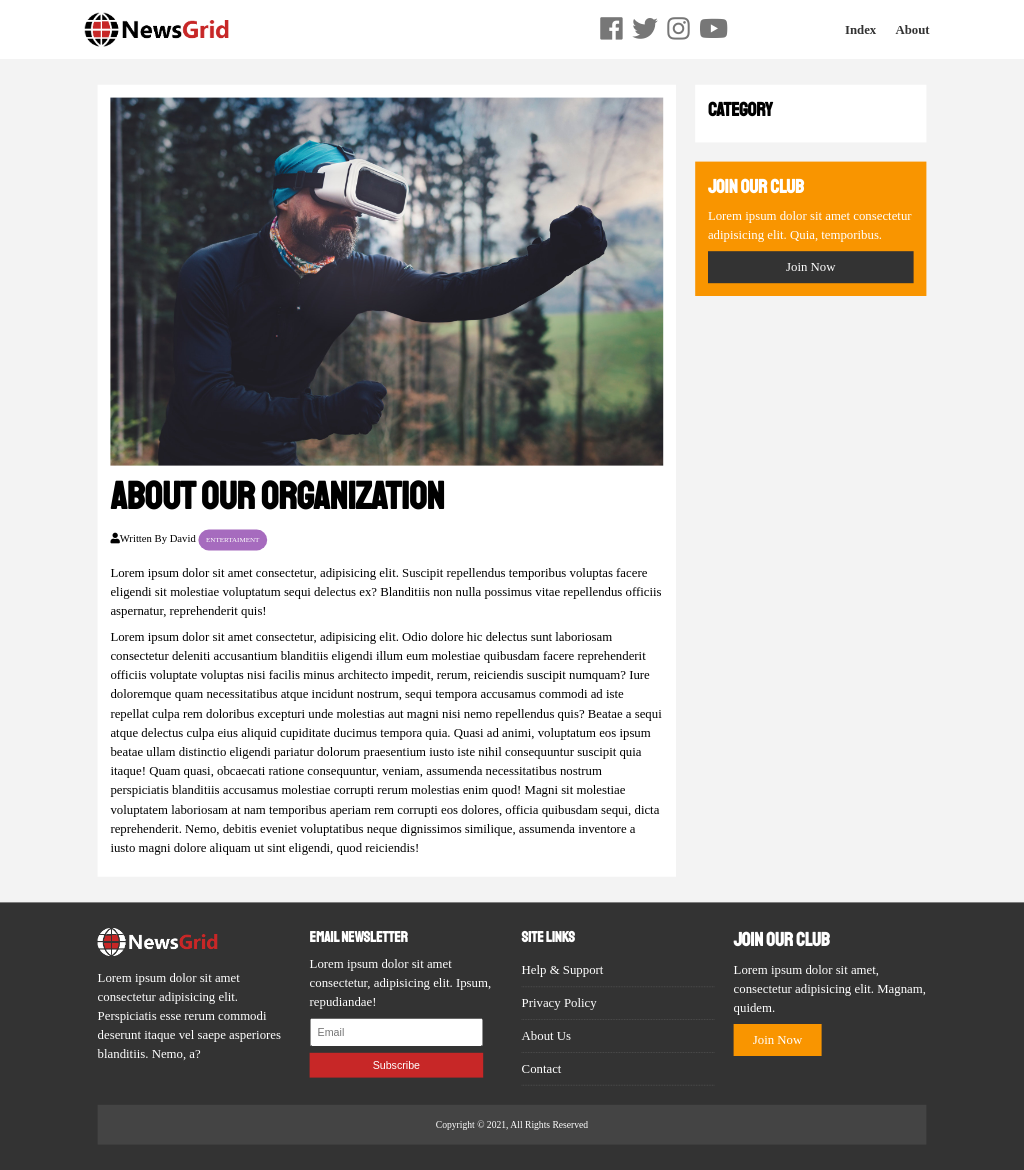
Repository: minhtien9/newsgrid
Page: article.html
The author's editor kept a copy of each file at every save. The page is drawn from the files as they stood at one save, then again after a run of saves.
The browser window is 1280 px wide. The pictures show the whole page, at 80% of full size.
Some web libraries are served in a nearby version.

Above is the page before, as saved 2021-08-26 12:11:36.

After the next 2 saves:
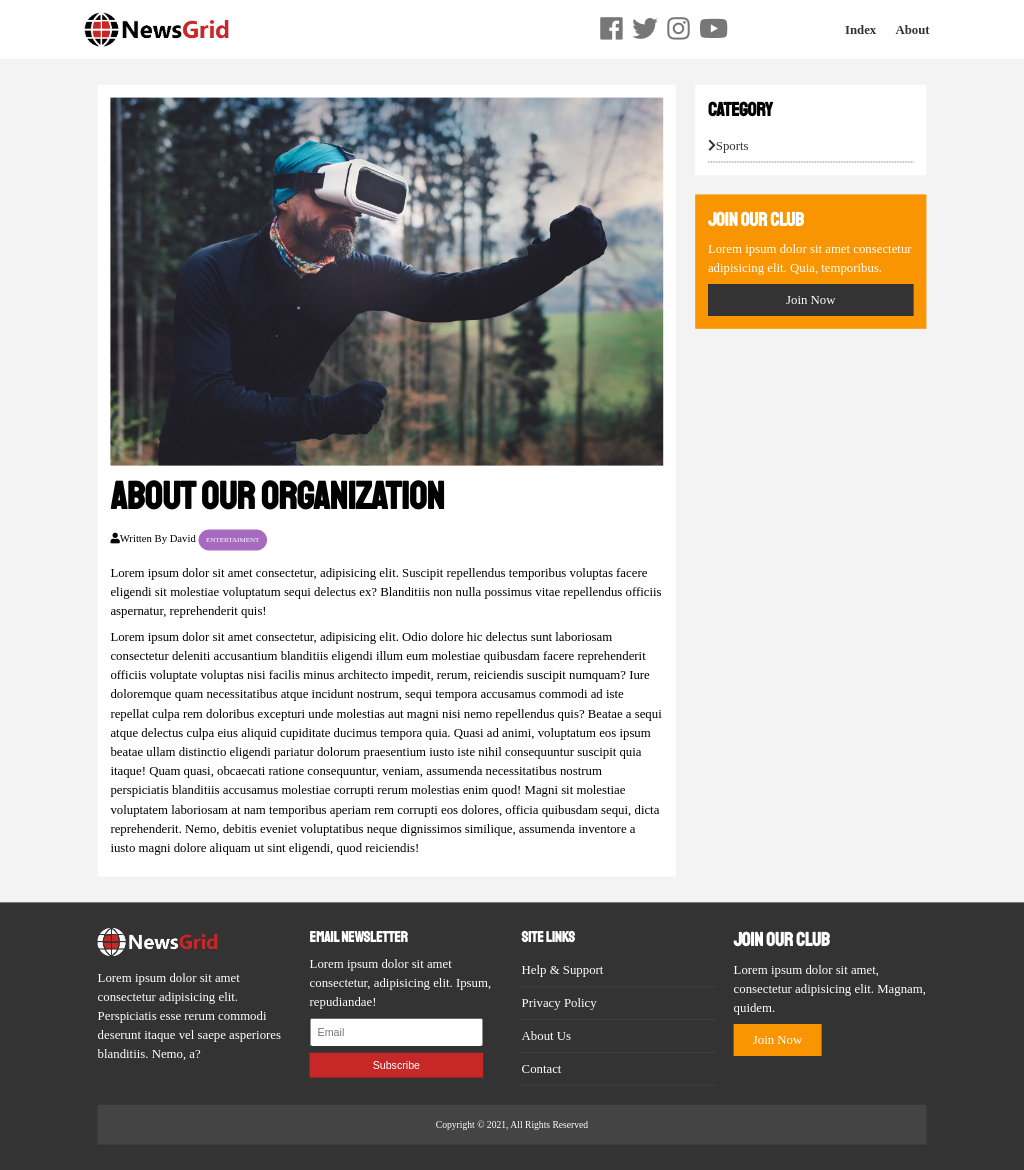
The 2 saves are shown as one change because they came seconds apart.
The last was saved 37 s later.
--- a/article.html
+++ b/article.html
@@ -89,7 +89,12 @@
           </article>
 
           <aside id="categories" class="card">
-           <h2>Category</h2>
+            <h2>Category</h2>
+            <ul class="list">
+              <li>
+                <a href="#"><i class="fas fa-chevron-right"></i>Sports</a>
+              </li>
+            </ul>
           </aside>
           <aside class="card bg-secondary">
             <h2>Join Our Club</h2>
